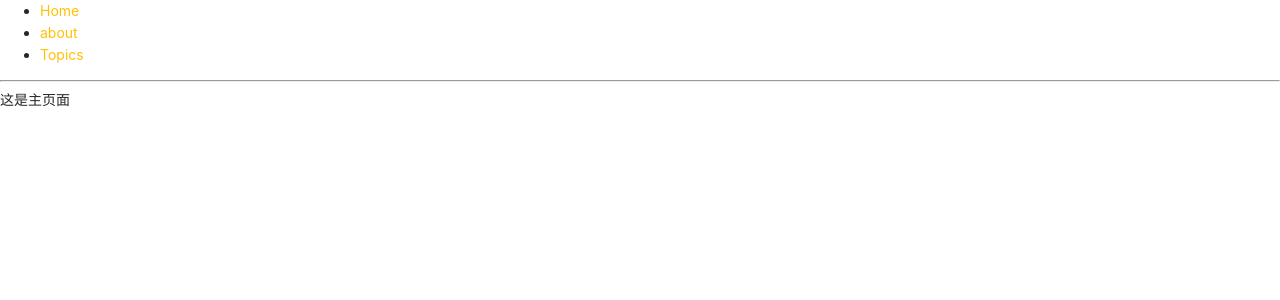
Repository: longjie31/lj-bike-sharing
Page: / (app in bike-sharing/)
An editor plug-in stored every save of this project. The page is shown before and after a run of saves, followed by the edit.
The browser window is 1280 px wide. The pictures show the whole page.
The project was rebuilt for these pictures with package versions that can differ from the ones it lists, and the page was loaded fresh each time. Also part of the build but not shown: bike-sharing/craco.config.js, bike-sharing/src/components/header/index.less, bike-sharing/src/utils/utils.js, bike-sharing/src/axios/index.js, bike-sharing/src/components/header/index.js, bike-sharing/src/components/footer/index.less, bike-sharing/src/components/footer/index.js, bike-sharing/src/config/menuConfig.js and 8 more.

Above is the page before, as saved 2020-07-31 15:24:56.

After the next 4 saves:
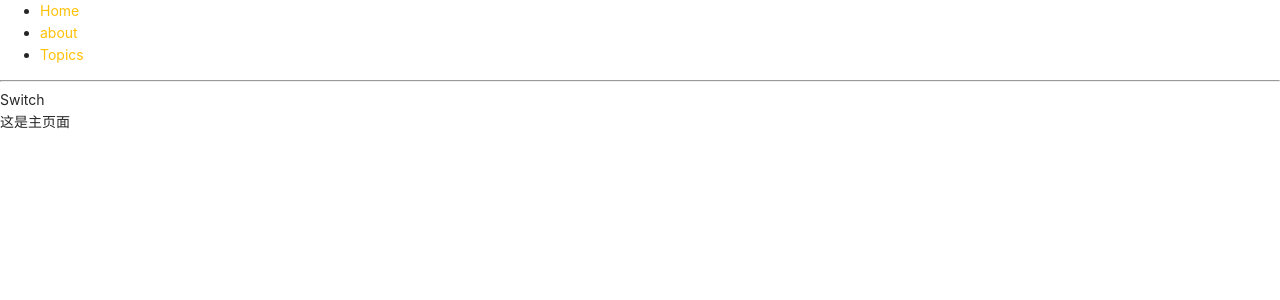
The 4 saves are shown as one change because they came seconds apart.
The last was saved 78 s later.
--- a/bike-sharing/src/pages/route_demo/route1/Home.js
+++ b/bike-sharing/src/pages/route_demo/route1/Home.js
@@ -21,7 +21,8 @@
                         </li>
                     </ul>
                     <hr></hr>
-                    <Route exact={true} path="/" component={Main}></Route>
+                    Switch
+                    <Route path="/" component={Main}></Route>
                     <Route path="/about" component={About}></Route>
                     <Route path="/topics" component={Topic}></Route>
                 </div>

After the 6 saves that followed:
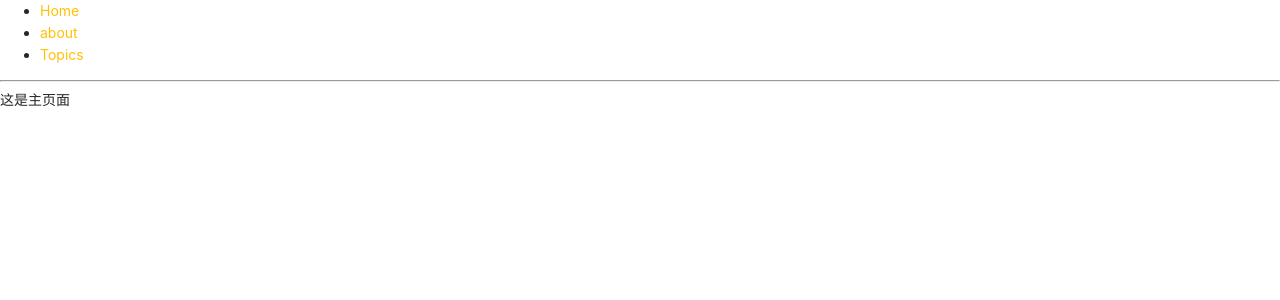
The 6 saves are shown as one change because 3 did not build or start and some came seconds apart.
The last was saved 25 s later.
--- a/bike-sharing/src/pages/route_demo/route1/Home.js
+++ b/bike-sharing/src/pages/route_demo/route1/Home.js
@@ -1,5 +1,5 @@
 import React from 'react'
-import {HashRouter,Route,Link} from 'react-router-dom'
+import {HashRouter,Route,Link,Switch} from 'react-router-dom'
 import Main from './main';
 import About from './about';
 import Topic from './topic';
@@ -21,10 +21,11 @@
                         </li>
                     </ul>
                     <hr></hr>
-                    Switch
-                    <Route path="/" component={Main}></Route>
-                    <Route path="/about" component={About}></Route>
-                    <Route path="/topics" component={Topic}></Route>
+                    <Switch>
+                        <Route path="/" component={Main}></Route>
+                        <Route path="/about" component={About}></Route>
+                        <Route path="/topics" component={Topic}></Route>
+                    </Switch>
                 </div>
             </HashRouter>
         );
